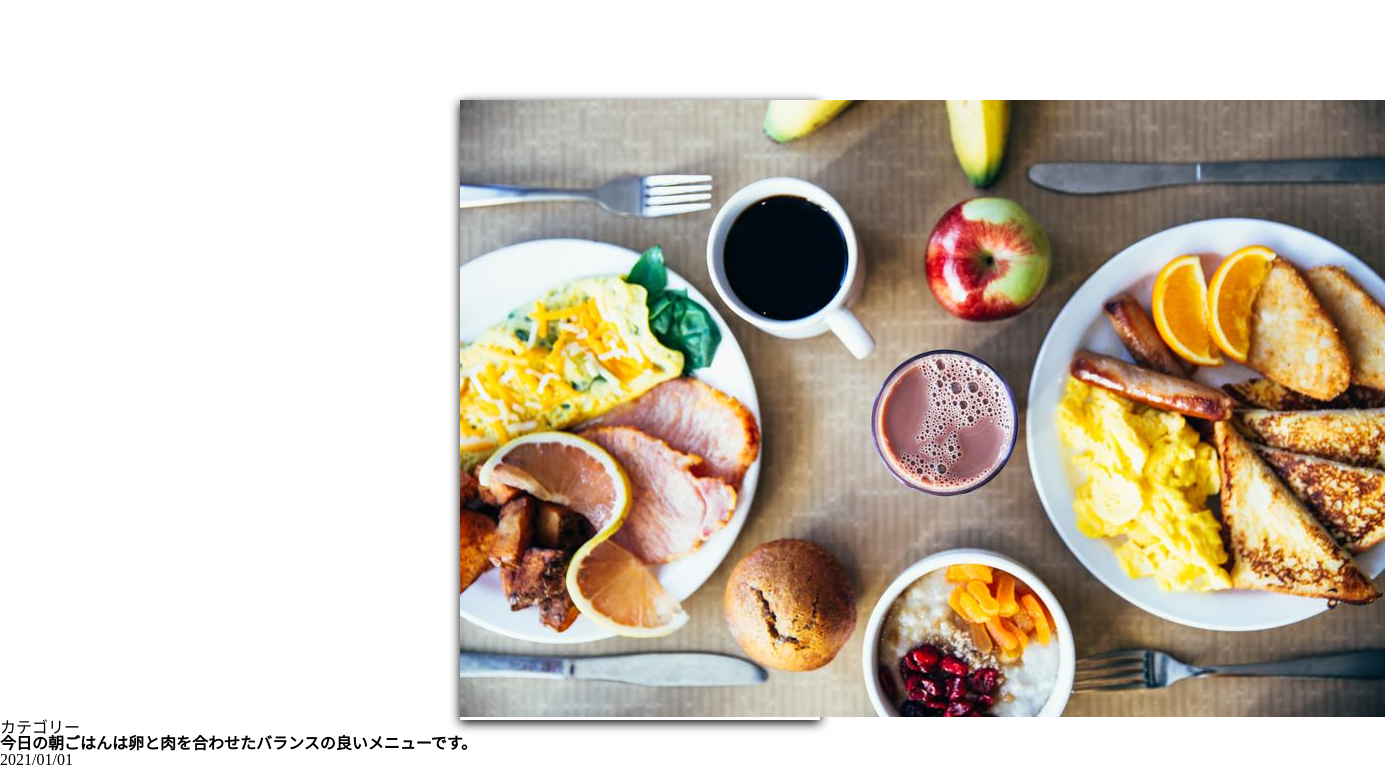
Repository: yosuke257/20231104_watanabe_css
Page: coachtech/html-css/index.html
The author's editor kept a copy of each file at every save. The page is drawn from the files as they stood at one save, then again after the next save.
The browser window is 1280 px wide. The page is 1385 px wide, then 1280 px, so the pictures cover 1385 px, including what lies to the right of the window. The pictures show the whole page.

Above is the page before, as saved 2023-10-23 00:06:47.

### coachtech/html-css/index.html
<!DOCTYPE html>
<html lang="ja">

<head>
    <meta charset="UTF-8">
    <meta name="viewport" content="width=device-width, initial-scale=1.0">
    <title>Document</title>
    <link rel="stylesheet" href="css/style.css" />
    <link rel="stylesheet" href="css/reset.css" />
</head>

<body>
    <div class="card">
        <div class="card__img">
            <img src="img/card.jpg" alt="">
        </div>
    </div>

    <div class="card__content">
        <div class="card__content-cat">カテゴリー</div>
        <h2 class="card__content-ttl">
            今日の朝ごはんは卵と肉を合わせたバランスの良いメニューです。
        </h2>
        <div class="card__content-tag">
            <p class="card__content-tag-item"></p>
            <p class="card__content-tag-item card__content-tag-item--last">2021/01/01</p>
        </div>
    </div>

</body>

</html>

### coachtech/html-css/css/style.css
.card {
    width: 360px;
    margin: 100px auto 0;
    box-shadow: 0px 3px 10px rgba(0, 0, 0, 2);
}

### coachtech/html-css/css/reset.css
 /*
html5doctor.com Reset Stylesheet
v1.6.1
Last Updated: 2010-09-17
Author: Richard Clark - http://richclarkdesign.com
Twitter: @rich_clark
*/

 html,
 body,
 div,
 span,
 object,
 iframe,
 h1,
 h2,
 h3,
 h4,
 h5,
 h6,
 p,
 blockquote,
 pre,
 abbr,
 address,
 cite,
 code,
 del,
 dfn,
 em,
 img,
 ins,
 kbd,
 q,
 samp,
 small,
 strong,
 sub,
 sup,
 var,
 b,
 i,
 dl,
 dt,
 dd,
 ol,
 ul,
 li,
 fieldset,
 form,
 label,
 legend,
 table,
 caption,
 tbody,
 tfoot,
 thead,
 tr,
 th,
 td,
 article,
 aside,
 canvas,
 details,
 figcaption,
 figure,
 footer,
 header,
 hgroup,
 menu,
 nav,
 section,
 summary,
 time,
 mark,
 audio,
 video {
     margin: 0;
     padding: 0;
     border: 0;
     outline: 0;
     font-size: 100%;
     vertical-align: baseline;
     background: transparent;
 }

 body {
     line-height: 1;
 }

 article,
 aside,
 details,
 figcaption,
 figure,
 footer,
 header,
 hgroup,
 menu,
 nav,
 section {
     display: block;
 }

 nav ul {
     list-style: none;
 }

 blockquote,
 q {
     quotes: none;
 }

 blockquote:before,
 blockquote:after,
 q:before,
 q:after {
     content: '';
     content: none;
 }

 a {
     margin: 0;
     padding: 0;
     font-size: 100%;
     vertical-align: baseline;
     background: transparent;
 }

 /* change colours to suit your needs */
 ins {
     background-color: #ff9;
     color: #000;
     text-decoration: none;
 }

 /* change colours to suit your needs */
 mark {
     background-color: #ff9;
     color: #000;
     font-style: italic;
     font-weight: bold;
 }

 del {
     text-decoration: line-through;
 }

 abbr[title],
 dfn[title] {
     border-bottom: 1px dotted;
     cursor: help;
 }

 table {
     border-collapse: collapse;
     border-spacing: 0;
 }

 /* change border colour to suit your needs */
 hr {
     display: block;
     height: 1px;
     border: 0;
     border-top: 1px solid #cccccc;
     margin: 1em 0;
     padding: 0;
 }

 input,
 select {
     vertical-align: middle;
 }

After the next save:
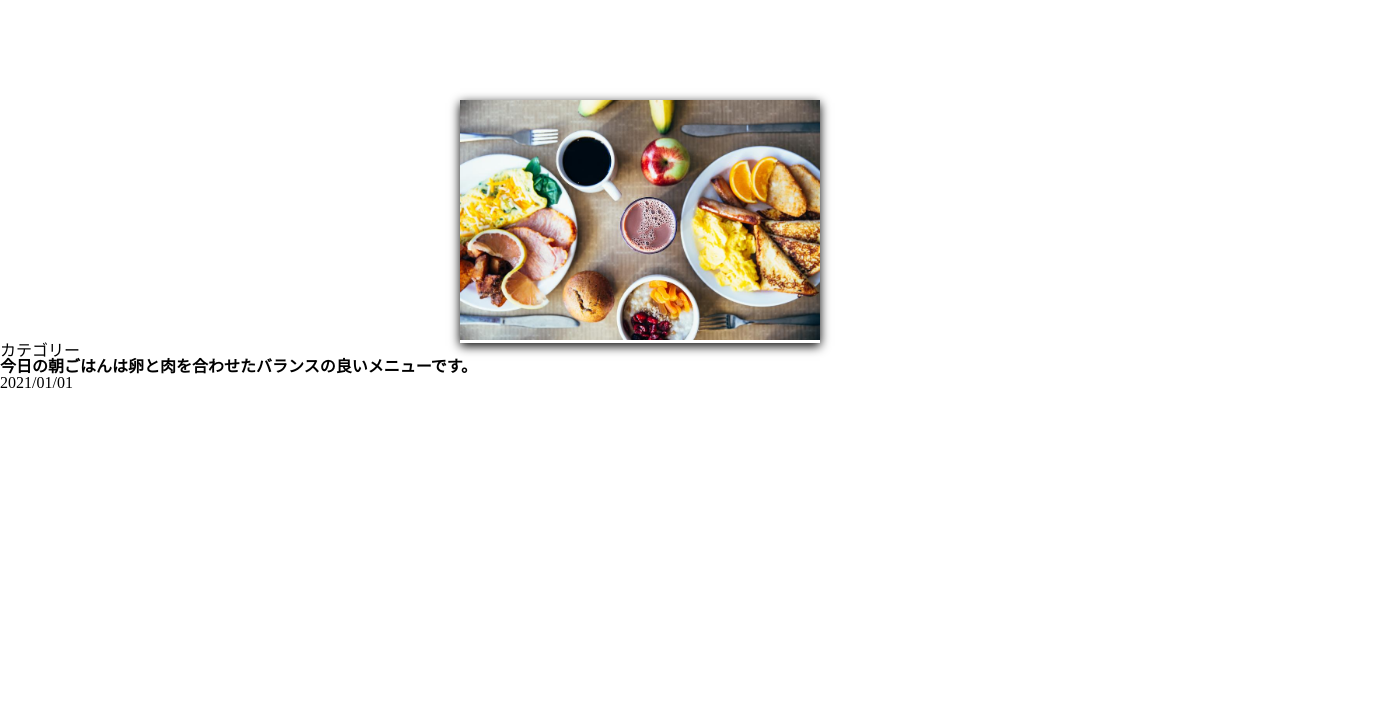
Saved 69 s later.
--- a/coachtech/html-css/css/style.css
+++ b/coachtech/html-css/css/style.css
@@ -3,3 +3,7 @@
     margin: 100px auto 0;
     box-shadow: 0px 3px 10px rgba(0, 0, 0, 2);
 }
+
+.card__img img {
+    width: 100%;
+}
